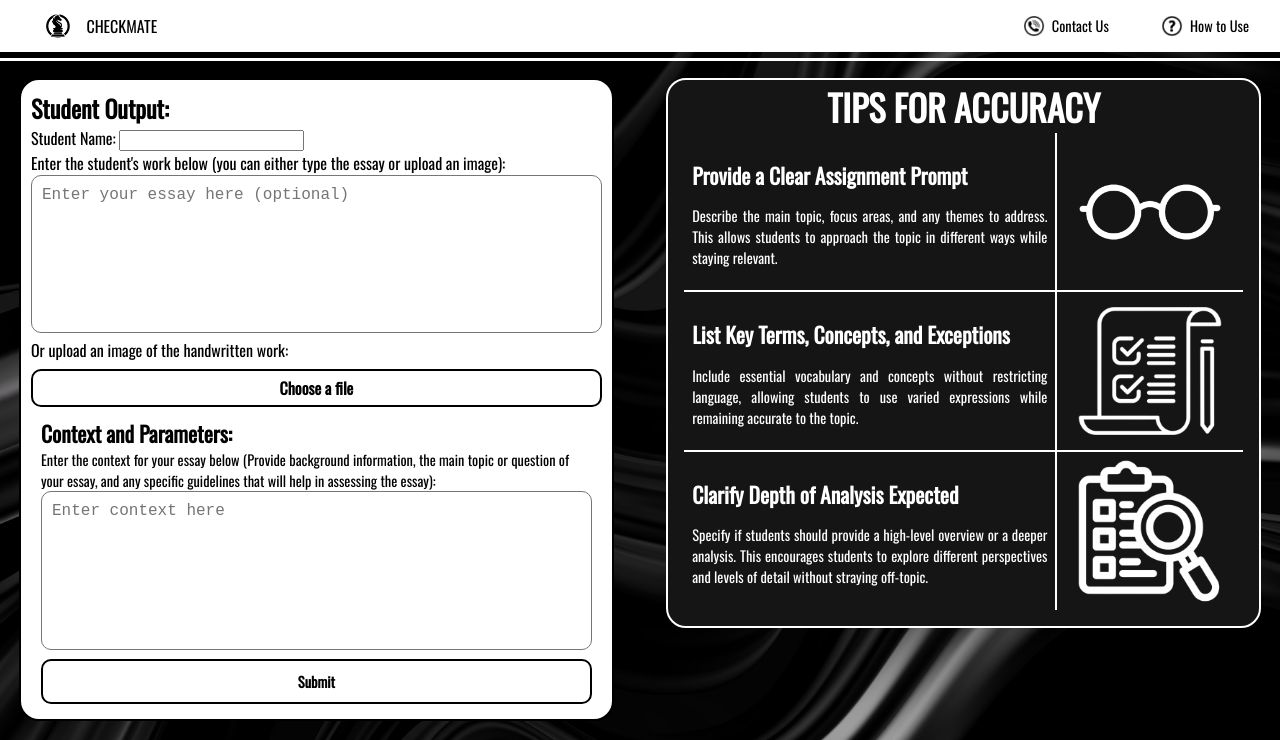
Repository: iiTzXyZ11/CheckMateAI
Page: http://localhost/scan
The author's editor kept a copy of each file at every save. The page is drawn from the files as they stood at one save, then again after the next save.
The browser window is 1280 px wide. The pictures show the whole page.
The page is served by the project's application, run on Flask 3 (app.py).

Above is the page before, as saved 2025-01-30 22:56:02.

### templates/index.html
<!DOCTYPE html>
<html lang="en">
    <head>
        <meta charset="UTF-8" >
        <meta name="viewport" content="width=device-width, initial-scale=1.0">
        <title>CheckMate AI</title>
        <link rel="stylesheet" href="{{ url_for('static', filename='css/style.css') }}">
        <link rel="stylesheet" href="{{ url_for('static', filename='css/mobile_test_style.css') }}">
        <link rel="stylesheet" href="{{ url_for('static', filename='css/test_style.css') }}">
        <link rel="icon" type="image/x-icon" href="{{ url_for('static', filename='favicon.ico') }}">
        <link href='https://fonts.googleapis.com/css?family=Oswald' rel='stylesheet'>
        <link rel="apple-touch-icon" sizes="180x180" href="{{ url_for('static', filename='favicons/apple-touch-icon.png', _external=True) }}">
        <link rel="icon" type="image/png" sizes="32x32" href="{{ url_for('static', filename='favicons/favicon-32x32.png', _external=True) }}">
        <link rel="icon" type="image/png" sizes="16x16" href="{{ url_for('static', filename='favicons/favicon-16x16.png', _external=True) }}">
        <link rel="manifest" href="{{ url_for('static', filename='favicons/site.webmanifest', _external=True) }}">
    </head>
    <body>
        <header class="header">
            <div class="header-text">
                <img src="{{ url_for('static', filename='css/images/logo_black.jpg') }}" alt="CheckMate Logo">
                <p>CHECKMATE</p>
            </div>

            <div class="header-buttons">
                <a href="{{ url_for('contact') }}" class="header-link">
                    <img src="{{ url_for('static', filename='css/images/contact.png') }}" class="contact-icon" alt="Contact Icon">
                    Contact Us
                </a>
                <a href="https://www.youtube.com/watch?v=Ia6pL32Ip8I&ab_channel=CheckMateAI"
                target="_blank"
                rel="noopener noreferrer"
                class="header-link">
                    <img src="{{ url_for('static', filename='css/images/question_mark.png') }}" class="qm-icon" alt="Help Icon">
                    How to Use
                </a>
            </div>
        </header>
        <div class="top-bar"></div>

        <div class="content-wrapper">

            <div class="container">
                <div class="box">
                    <h2>Student Output:</h2>
                    <form action="{{ url_for('index') }}" method="POST" enctype="multipart/form-data">
                        <label for="student_name">Student Name:</label>
                        <input type="text" id="student_name" name="student_name" required>

                        <p>Enter the student's work below (you can either type the essay or upload an image):</p>
                        <textarea name="essay" placeholder="Enter your essay here (optional)"></textarea>
                        <p>Or upload an image of the handwritten work:</p>
                        <label class="custom-file-upload">
                            Choose a file
                            <input type="file" name="image" accept="image/*" style="display: none;" onchange="updateFileName()" />
                        </label>
                        <div id="file-name" style="margin-top: 10px; color: black;"></div> <!-- Display the file name here -->

                        <div class="box1">
                            <h2 style="color: black">Context and Parameters:</h2>
                            <p>Enter the context for your essay below (Provide background information, the main topic or question of your essay, and any specific guidelines that will help in assessing the essay):</p>
                            <textarea name="context" placeholder="Enter context here" required>{{ context }}</textarea>
                            <button type="submit">Submit</button>
                        </div>
                    </form>
                </div>
            </div>

            <div class="tips-wrapper">
                <div class="tips-container">
                    <h1>TIPS FOR ACCURACY</h1>
                        <div class="tips-grid">
                            <div class="tip1">
                                <h2>Provide a Clear Assignment Prompt</h2>
                                <p>Describe the main topic, focus areas, and any themes to address. This allows students to approach the topic in different ways while staying relevant.</p>
                            </div>

                            <div class="tip2">
                                <img class="glasses" src="static/css/images/tips/Glasses.png" alt="Glasses Icon" loading="lazy">
                            </div>

                            <div class="tip3">
                                <h2>List Key Terms, Concepts, and Exceptions</h2>
                                <p>Include essential vocabulary and concepts without restricting language, allowing students to use varied expressions while remaining accurate to the topic.</p>
                            </div>

                            <div class="tip4">
                                <img class="list" src="static/css/images/tips/List.png" alt="List Icon" loading="lazy">
                            </div>

                            <div class="tip5">
                                <h2>Clarify Depth of Analysis Expected</h2>
                                <p>Specify if students should provide a high-level overview or a deeper analysis. This encourages students to explore different perspectives and levels of detail without straying off-topic.</p>
                            </div>

                            <div class="tip6">
                                <img class="board" src="static/css/images/tips/Board.png" alt="Board Image" loading="lazy">
                            </div>
                        </div>
                    </div>
                </div>
            </div>
        </div>

        <script>
            // Function to display the file name
            function updateFileName() {
                const fileInput = document.querySelector('input[type="file"]');
                const fileNameDisplay = document.getElementById('file-name');
                if (fileInput.files.length > 0) {
                    fileNameDisplay.textContent = "Selected file: " + fileInput.files[0].name;
                }
            }
        </script>
    </body>
</html>

### static/css/style.css
@import url('https://fonts.googleapis.com/css?family=Oswald');

@font-face {
  font-family: 'Agrandir Wide';
  src: url('..fonts/Agrandir-WideBlackItalic.woff2') format('woff2'),
      url('../fonts/Agrandir-WideBlackItalic.woff') format('woff');
  font-weight: 900;
  font-style: italic;
  font-display: swap;
}

@font-face {
  font-family: 'Agrandir';
  src: url('../fonts/Agrandir-Regular.woff') format('woff'),
      url('../fonts/Agrandir-Regular.woff2') format('woff2');
  font-weight: normal;
  font-style: normal;
  font-display: swap;
}

body {
  gap: 0rem;
  grid-template-rows: repeat(auto-fill, minmax(100px, 1fr));
  margin: 0;
  font-family: 'Oswald';
  background-image: url('background.jpg');
  background-size: cover;

  overflow-x: hidden;
}

.top-bar{
  position: absolute;
  background-color: white;
  top:clamp(4.1rem, 25vw, 4.7rem);
  height: 0.5vh;
  width: 100%;
  margin:0;
}

.header {
  display: grid;
  grid-template-columns: 1fr 1fr;
  align-items: center; /* Allow items to align themselves */
  background-color: white;
  z-index: 1000;
  padding: 8px;
  height:fit-content;
}

.header-text {
  display: flex; /* Make it a flex container */
  align-items: center; /* Center content vertically */
  background: transparent;
  font-size: clamp(0.4rem,3vh,1rem);
}

.header-text p {
  margin: 0
}

.header-text img {
  display: block; /* Ensures the image respects width settings */
  width: clamp(1.5rem,3vh, 2rem); /* Optional: Prevents the image from exceeding a specific size */
  height: auto; /* Maintains the aspect ratio */
  margin-left: 3vw; /* Space from the left */
  margin-right: 1rem; /* Space between image and text */
  margin-top: 0rem;
  margin-bottom: 0rem;
}
.header-buttons {
  background: transparent;
  gap: 3vw;
  display: flex; /* Flex container for its own children */
  align-items: center; /* Center its own children vertically */
  font-size: clamp(0.4rem,3vh,0.9rem);
  margin-left: auto;
  margin-right: 1rem;

}

.header-buttons a {
  transition: border-color 0.3s;
  font-family: 'Oswald';
  color: black;
  text-decoration: none; /* Remove underline from links */
  padding: 0.8vh 1.5vh; /* Add padding */
  border: 2px solid transparent; /* Optional border for button */
  display: flex; /* Align icon and text */
  align-items: center; /* Center vertically */
  padding: 5px;
}

.header-buttons a:hover {
  border-color: black; /* Hover background */
}

.main{
  margin-top: 0.5rem;
  display: grid;
  grid-template-rows: 2fr 1fr;
  width: 100%;
  height: 100vh;
  color:#ffffff;
  align-items: center;
}

.top {
  margin:0;
  display: grid;
  grid-template-rows: 0.3fr 0.3fr;
  padding: 0vh 2vw;
  background: transparent;
}

.head img {
  display:flex;
  width:clamp(10rem, 40vw, 50rem); /* Set desired width */
  height: auto; /* Maintain aspect ratio */
  margin: 0 auto; /* Center horizontally within its parent */
  background-color: transparent;
}

.head {
  display: flex;
  flex-direction: column;
  width: 100%;
  background: transparent;
}

.title {
  display: flex; /* Use flexbox for alignment */
  justify-content: center; /* Center horizontally */
  align-items: center; /* Center vertically */
  text-align: center; /* Ensure the text itself is aligned */
  background: transparent;
  background-image: url('images/ribbon.png');
  background-position: center;
  background-repeat: no-repeat;
  background-size: clamp(9rem, 28vw, 24rem);
  height: clamp(7.5vh, 13vw, 100vh); /* Ensure sufficient height */
}

.head h2{
  margin:0;
  background: transparent;
  text-align: center;
}

.title h1 {
  margin-bottom: clamp(1rem,4vw, 100rem); /* Remove default margins */
  color: black;
  transform: rotate(355deg); /* Keep the rotation */
  font-size: clamp(1rem, 5vw, 25px); /* Ensure font scales appropriately */
}

.head h2{
  font-size: large;
  margin-bottom: 0.5rem;
}

.top a{
  margin-top: 1rem;
  display: block;
  align-self: center;
  justify-self: center;
  border: 4px solid white;
  background-color: transparent;
  color: white;
  text-decoration: none;
  font-size: 1rem;
  padding: .3vw 1vw;
  transition: color 0.3s, text-decoration 0.3s, border-color 0.3s;
  width: fit-content;
}

.top a:hover {
  font-weight: bold;
  color: black;
  text-decoration: underline 1px black;
  text-underline-offset: 6px;
  background-color: white;
  border-color: white;
  text-decoration-thickness: 2px;
  transition: color 0.3s, text-decoration 0.3s, background-color 0.3s, border-color 0.3s;
}

.top .desc {
  margin:0;
  background: transparent;
  display: block;
  width: 100%;
  text-align: center;
  font-size: clamp(10px, 3vw, 20px);
}

.bottom {
  display: flex; /* Enable flexbox on the parent container */
  flex-direction: column; /* Ensure the flex direction is vertical */
  justify-content: flex-end; /* Align items at the bottom */
  background: transparent;
  width: 100%;
  height: 100%;
}

.chessboard {
  width: 100%; /* Full viewport width */
  height: 100%; /* Scale proportionally */
}

.disclaimer {
  position: absolute; /* Allows the disclaimer to be positioned over the chessboard */
  bottom: 0; /* Aligns the disclaimer at the bottom of the parent container */
  color: white;
  background: black;
  border: 4px solid white;
  border-radius: 1rem;
  font-family: 'Oswald';
  font-size: clamp(0.5rem,2vw,0.8rem);
  align-self: center;
  text-align: center;
  padding: 5px;
  width: auto;
}

.header-bar {
  background-color: transparent;
  color: #fff;
  padding: 10px;
  text-align: center;
}


.button-container {
  text-align: center;
  margin-top: 30px;
}

.form-container,
.criteria-container {
  flex: 1;
  display: flex;
  flex-direction: column;
}

.criteria-container {
  margin-right: 20px;
}

.criteria-container table {
  width: 100%;
  border-collapse: collapse;
}

.criteria-container th,
.criteria-container td {
  border: 2px solid black;
  padding: 12px;
  text-align: center;
  font-size: 30px;
}

.criteria-container th {
  font-size: 25px;
}

.criteria {
  font-size: 36px;
  color: #333;
  padding: 40px;
  margin: 0 auto;
  background-color: #d9d9dd;
  border: 2px solid #3b1a08;
  border-radius: 10px;
  text-align: center;
  display: inline-block;
}

/* Button Styles */
.button,
.link-button,
.container button[type="submit"],
.small-button {
  background-color: #ffffff;
  border: 2px solid black;
  border-radius: 10px;
  color: black;
  padding: 10px 20px;
  text-decoration: none;
  cursor: pointer;
  font-family: 'Oswald';
  margin: 5px 0;
  display: inline-block;
  transition: background-color 0.3s, color 0.3s, border-color 0.3s; /* Add transition */
  font-weight: bold;
}

.button:hover,
.link-button:hover,
.container button[type="submit"]:hover,
.small-button:hover {
  background-color: black;
  color: #fff;
  border-color: black;
  font-weight: bold;
}

/* FRONT_PAGE.HTML */
/* Shared styles */

.desc{
  width: 28vw;
  font-size: 1.2em;
}

.contact-icon,
.qm-icon {
  width: 3vh; /* Consistent size */
  height: auto; /* Maintain aspect ratio */
  margin-right: 1vh; /* Space between icon and text */
}

.contact-icon {
  color: black;
}

.qm-icon {
  color: black;
}

.results-container {
  display: flex;
  flex-direction: column; /* Stacks items vertically */
  width: 80%;
  justify-self: center; /* Centers items horizontally */
  background: white;
  border: 2px solid black;
  border-radius: 20px;
  padding: 15px;
  margin-top: 10vh;
  font-size: clamp(10px, 3vw, 20px);
}

.results-container h2{
  font-size: clamp(1rem, 5vw, 45px);
}

.desktop{
  display:none;
}

.stuff{
  display: flex;
  flex-direction: column;
}

@media only screen and (min-width: 720px){
  #mobile{
    display:none;
  }

  .desktop{
    display:contents;
  }

  .top-bar{
    top:clamp(3.6rem, 8vh, 5.3rem);
  }

  .bottom .chessboard{
    display: none;
  }

  .disclaimer{
    border:  solid white;
    font-size: clamp(0.4rem,0.7vw,0.8rem);
  }

  .head{
    display:grid;
    grid-template-columns: 1fr 1fr;
  }

  .desktop .head img{
    align-self: left;
    margin: 0 auto;
    margin-top: 9%;
    width:clamp(5rem, 25vw, 50rem); /* Set desired width */
  }

  .title{
    display:flex;
    flex-direction: column;
    margin-top: clamp(1rem, 8vh, 9rem);
  }

  .title h1{
    margin-top: clamp(13rem, 15vw, 23rem);
    font-size: clamp(1rem, 2.5vw, 3rem);
  }

  .title h2{
    margin:0;
    font-size: clamp(9px, 2vw, 100px);
  }

  .title .desc{
    font-size: clamp(9px, 1vw, 100px);
  }

  .stuff a{
    margin-top: 3rem;
    font-size: clamp(0.5rem, 1vh, 1rem);
  }

}

### static/css/mobile_test_style.css
@media (min-width:300px) {

    .content-wrapper {
        margin-top:1vh;
        display: grid;
        gap: 2vh;
        grid-template-columns: repeat(1, minmax(100px, 1fr));
        grid-auto-rows: 1fr;
        background: transparent;
        width: 100%;
        height: fit-content;

    }

    .container{
        background-color: white;
        display: grid;
        grid-template-columns: repeat(1, minmax(auto-fit, 1fr));
        grid-auto-rows: 1fr;
        width: auto-fill;
        height: auto-fill;
        margin: 3%;
        border-radius: 20px;
        border: 2px solid black;
    }


    .box{
        background: transparent;
        margin: 10px 10px 0px 10px;
        font-size: clamp(0.5rem,2vh,2rem);
    }

    .box h2{
        margin: 0;
    }

    .box  textarea, .box1 textarea{
        width: 100%;
        min-height: 22vh; /* might need media queries*/
        height: 100%;
        box-sizing: border-box;
        padding: 10px;
        border-radius: 10px;
        resize: none;
    }

    .box .custom-file-upload {
        padding: 5px 9px;
        border: 2px solid #000;
        border-radius: 10px;
        color: black;
        background-color: #fff;
        text-decoration: none;
        cursor: pointer;
        font-weight: bold;
        margin: 1vh 0;
        display: flex;
        justify-content: center;
        align-items: center;
        transition: background-color 0.3s, border-color 0.3s;
    }

    .box .custom-file-upload:hover {
        background-color: black; /* Hover background color */
        color: white; /* Hover text color */
        border-color: transparent; /* Hover border color */
    }

    .box1{
        background: transparent;
        margin: 0px 10px 10px 10px;
        font-size: clamp(0.5rem,2vh,2rem);
    }

    .box1 h2{
        margin: 0;
    }

    .box1 button {
        width: 100%;
        padding:0;
        border-radius: 10px;
        font-size: clamp(0.4rem,1vh,1.032rem)
    }

    form p{
        margin: 0;
    }


    .tips-wrapper{
        top: 5%;
        display: grid;
        gap: 20px;
        grid-template-columns: repeat(1, minmax(100px, 1fr));
        grid-auto-rows: 1fr;
        background: transparent;
    }

    .tips-container{
        background: #151515;
        display: grid;
        grid-template-columns: repeat(1, minmax(auto-fit, 1fr));
        grid-auto-rows: 1fr 10fr;
        width: auto-fill;
        height: auto-fill;
        margin: 3%;
        border-radius: 20px;
        border: 2px solid white;
        color:white;
    }

    .tips-container h1{
        width: 100%;
        height:80%;
        align-self:center;
        margin: 0;
        text-align: center;
    }


    .tips-grid {
        color: white;
        display: grid;
        gap: 2px;
        grid-template-columns: 2fr 1fr; /* First column is twice as wide as the second */
        background: white;
        margin: 0 0.5rem 0.5rem 0.5rem;
    }

    .tip1, .tip3, .tip5 {
        display: block;
        align-content: center;
        text-align: justify; /* Center text horizontally */
        background: #151515;
        font-size: clamp(0.5rem,1.5vh,10rem);
        padding: 10px;
    }

    .tip1 h2 , .tip3 h2, .tip5 h2 {
        margin-bottom: 0.3vh;
    }

    .tip2, .tip4, .tip6 {
        background: #151515;
    }

    .tip2, .tip4, .tip6 {
        display: flex;
        justify-content: center;
        align-items: center;
    }

    .tip2 img, .tip4 img, .tip6 img{
        width: 80%;
    }
}

### static/css/test_style.css
@media only screen and (min-width: 720px) {
    .content-wrapper{
        background: transparent;
        grid-template-columns: repeat(1,1fr 1fr);
        grid-auto-columns: 1fr;
    }

    .container{
        background-color: white;
        margin: 3%;
    }

    .box  textarea, .box1 textarea{
        font-size: clamp(0.5rem,5vh,1rem);
    }

    .box{
        font-size: clamp(1rem,2vh,2rem);
    }

    .tips-container h1{
        font-size: clamp(0.8rem, 5vh, 4rem);
    }

    .tips-container img{
        width: clamp(3rem, 20vh, 10rem);
    }

    .tips-grid{
        margin: 0rem 1rem 1rem 1rem;
        grid-template-columns: 2fr 1fr; /* First column is twice as wide as the second */
    }

    .tip1, .tip3, .tip5 {
        font-size: clamp(0.1rem,2vh,1.032rem);
        padding: 0.5rem;
    }


    .tips-container {
        display:flex;
        flex-direction: column;
        color: white;
        top: 100vh;
        height:fit-content
    }

    .box1 button{
        font-size: clamp(0.9rem,1vh,1rem);
    }
}

Loaded but not shown: app.py (286 lines, source omitted)

After the next save:
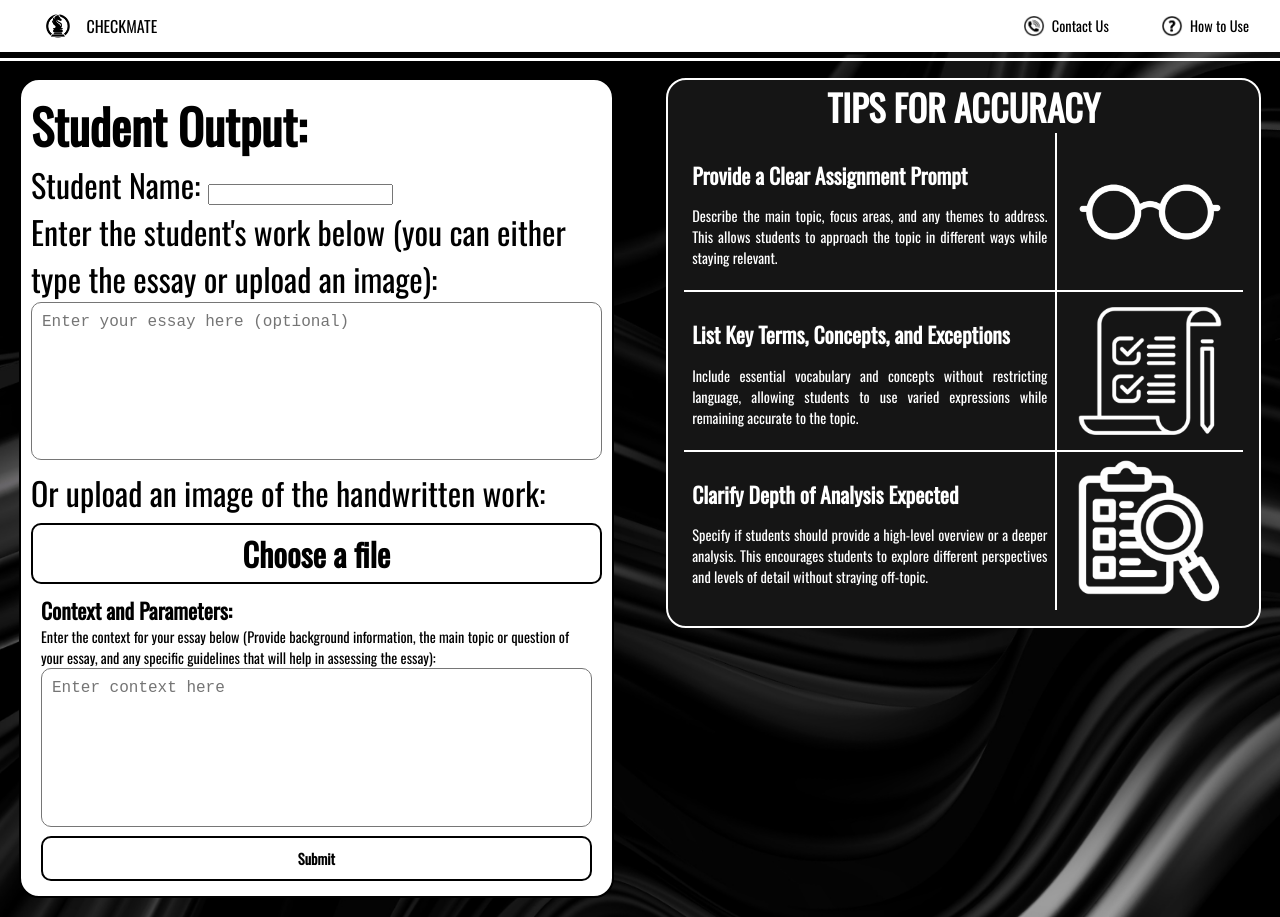
Saved 24 s later.
--- a/static/css/test_style.css
+++ b/static/css/test_style.css
@@ -15,7 +15,7 @@
     }
 
     .box{
-        font-size: clamp(1rem,2vh,2rem);
+        font-size: clamp(1rem,5vh,2rem);
     }
 
     .tips-container h1{

After the save that followed:
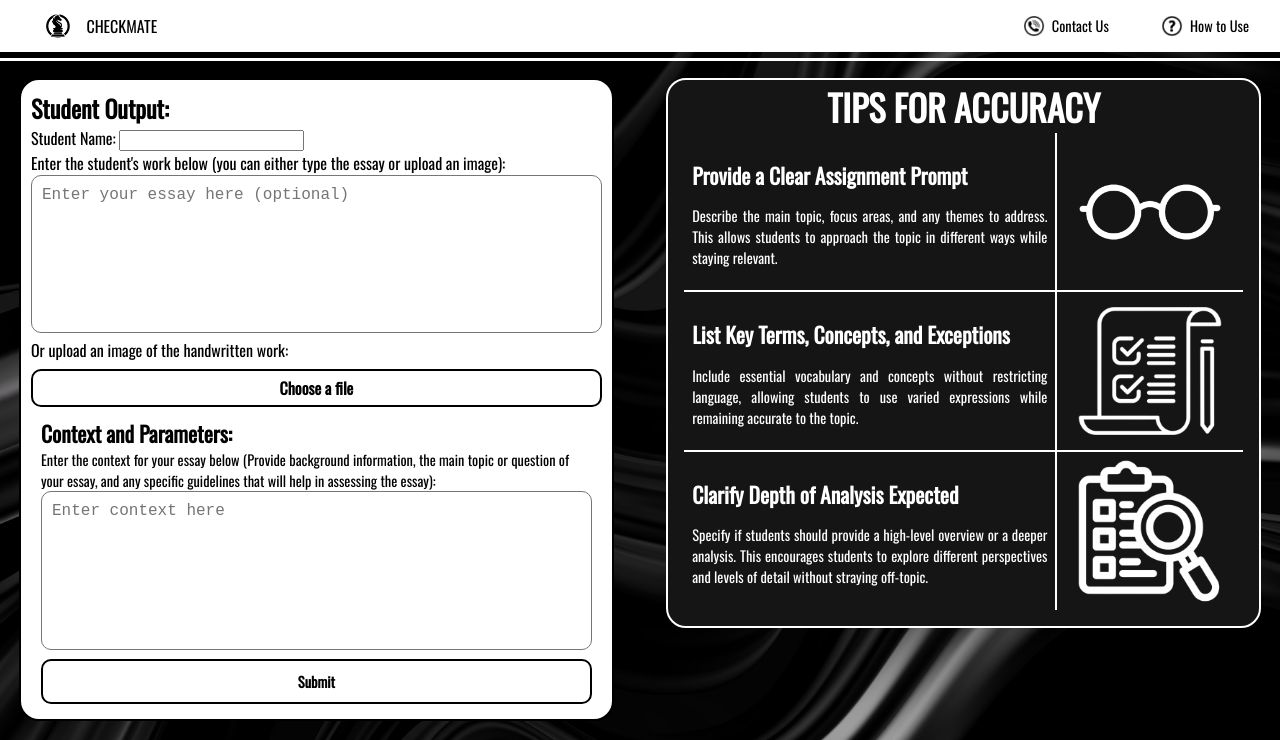
Saved 6 s later.
--- a/static/css/test_style.css
+++ b/static/css/test_style.css
@@ -15,7 +15,7 @@
     }
 
     .box{
-        font-size: clamp(1rem,5vh,2rem);
+        font-size: clamp(1rem,2vh,2rem);
     }
 
     .tips-container h1{
